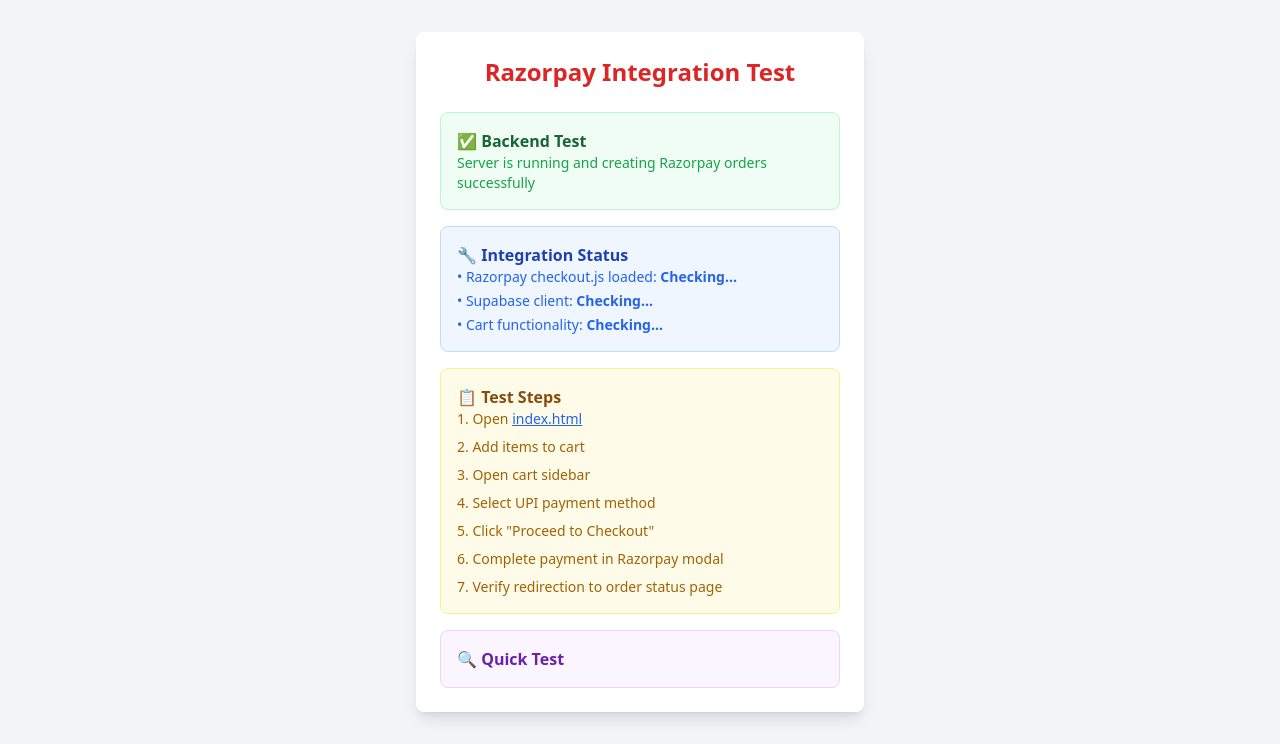
Repository: roydigital/dcb_pos_final
Page: test-razorpay-flow.html
An editor plug-in stored every save of this project. The page is shown before and after a run of saves, followed by the edit.
The browser window is 1280 px wide. The pictures show the whole page.
Some web libraries are served in a nearby version.

Above is the page before, as saved 2025-10-16 16:23:21.

### test-razorpay-flow.html
<!DOCTYPE html>
<html lang="en">
<head>
    <meta charset="UTF-8">
    <meta name="viewport" content="width=device-width, initial-scale=1.0">
    <title>Razorpay Integration Test - Delhi Chicken Brothers</title>
    <script src="https://cdn.tailwindcss.com"></script>
</head>
<body class="bg-gray-100 p-8">
    <div class="max-w-md mx-auto bg-white rounded-lg shadow-lg p-6">
        <h1 class="text-2xl font-bold text-center mb-6 text-red-600">Razorpay Integration Test</h1>

        <div class="space-y-4">
            <div class="bg-green-50 border border-green-200 rounded-lg p-4">
                <h3 class="font-semibold text-green-800">✅ Backend Test</h3>
                <p class="text-sm text-green-600">Server is running and creating Razorpay orders successfully</p>
            </div>

            <div class="bg-blue-50 border border-blue-200 rounded-lg p-4">
                <h3 class="font-semibold text-blue-800">🔧 Integration Status</h3>
                <ul class="text-sm text-blue-600 space-y-1">
                    <li>• Razorpay checkout.js loaded: <span id="razorpay-status" class="font-semibold">Checking...</span></li>
                    <li>• Supabase client: <span id="supabase-status" class="font-semibold">Checking...</span></li>
                    <li>• Cart functionality: <span id="cart-status" class="font-semibold">Checking...</span></li>
                </ul>
            </div>

            <div class="bg-yellow-50 border border-yellow-200 rounded-lg p-4">
                <h3 class="font-semibold text-yellow-800">📋 Test Steps</h3>
                <ol class="text-sm text-yellow-700 space-y-2">
                    <li>1. Open <a href="index.html" class="underline text-blue-600">index.html</a></li>
                    <li>2. Add items to cart</li>
                    <li>3. Open cart sidebar</li>
                    <li>4. Select UPI payment method</li>
                    <li>5. Click "Proceed to Checkout"</li>
                    <li>6. Complete payment in Razorpay modal</li>
                    <li>7. Verify redirection to order status page</li>
                </ol>
            </div>

            <div class="bg-purple-50 border border-purple-200 rounded-lg p-4">
                <h3 class="font-semibold text-purple-800">🔍 Quick Test</h3>

After the next 3 saves:
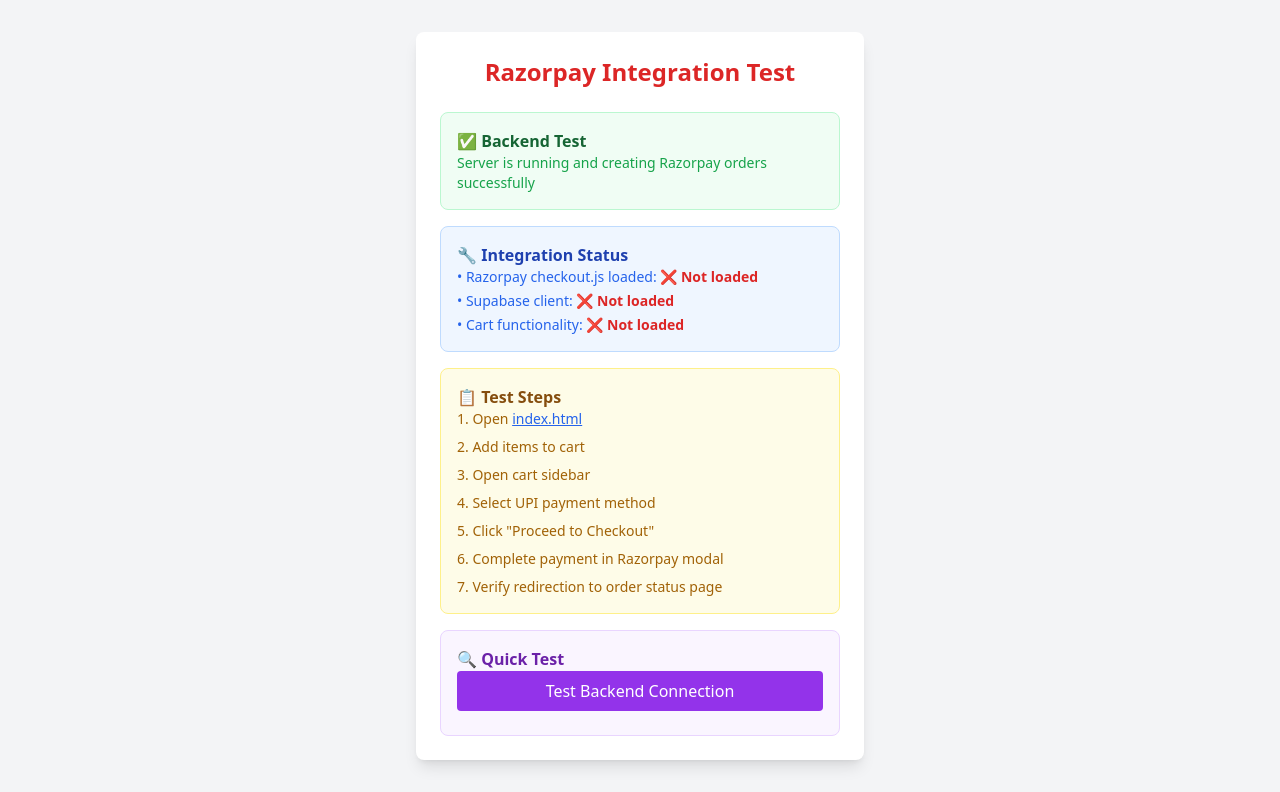
The 3 saves are shown as one change because they came seconds apart.
The last was saved 27 s later.
--- a/test-razorpay-flow.html
+++ b/test-razorpay-flow.html
@@ -40,3 +40,68 @@
 
             <div class="bg-purple-50 border border-purple-200 rounded-lg p-4">
                 <h3 class="font-semibold text-purple-800">🔍 Quick Test</h3>
+                <button onclick="testBackend()" class="w-full bg-purple-600 text-white py-2 px-4 rounded hover:bg-purple-700 transition-colors">
+                    Test Backend Connection
+                </button>
+                <div id="test-result" class="mt-2 text-sm"></div>
+            </div>
+        </div>
+    </div>
+
+    <script>
+        // Check if Razorpay is available
+        if (typeof Razorpay !== 'undefined') {
+            document.getElementById('razorpay-status').textContent = '✅ Available';
+            document.getElementById('razorpay-status').className = 'font-semibold text-green-600';
+        } else {
+            document.getElementById('razorpay-status').textContent = '❌ Not loaded';
+            document.getElementById('razorpay-status').className = 'font-semibold text-red-600';
+        }
+
+        // Check if Supabase is available
+        if (typeof supabase !== 'undefined') {
+            document.getElementById('supabase-status').textContent = '✅ Available';
+            document.getElementById('supabase-status').className = 'font-semibold text-green-600';
+        } else {
+            document.getElementById('supabase-status').textContent = '❌ Not loaded';
+            document.getElementById('supabase-status').className = 'font-semibold text-red-600';
+        }
+
+        // Check cart functionality
+        if (typeof triggerRazorpayCheckout !== 'undefined') {
+            document.getElementById('cart-status').textContent = '✅ Available';
+            document.getElementById('cart-status').className = 'font-semibold text-green-600';
+        } else {
+            document.getElementById('cart-status').textContent = '❌ Not loaded';
+            document.getElementById('cart-status').className = 'font-semibold text-red-600';
+        }
+
+        async function testBackend() {
+            const resultDiv = document.getElementById('test-result');
+            resultDiv.innerHTML = '<div class="text-blue-600">Testing backend connection...</div>';
+
+            try {
+                const response = await fetch('https://dcb-pos-final.onrender.com/create-order', {
+                    method: 'POST',
+                    headers: { 'Content-Type': 'application/json' },
+                    body: JSON.stringify({ amount: 10000 })
+                });
+
+                if (response.ok) {
+                    const data = await response.json();
+                    resultDiv.innerHTML = `
+                        <div class="text-green-600">
+                            ✅ Backend working!<br>
+                            Order ID: ${data.orderId}<br>
+                            Key: ${data.key}
+                        </div>
+                    `;
+                } else {
+                    resultDiv.innerHTML = `<div class="text-red-600">❌ Backend error: ${response.status}</div>`;
+                }
+            } catch (error) {
+                resultDiv.innerHTML = `<div class="text-red-600">❌ Connection failed: ${error.message}</div>`;
+            }
+        }
+    </script>
+</body>
